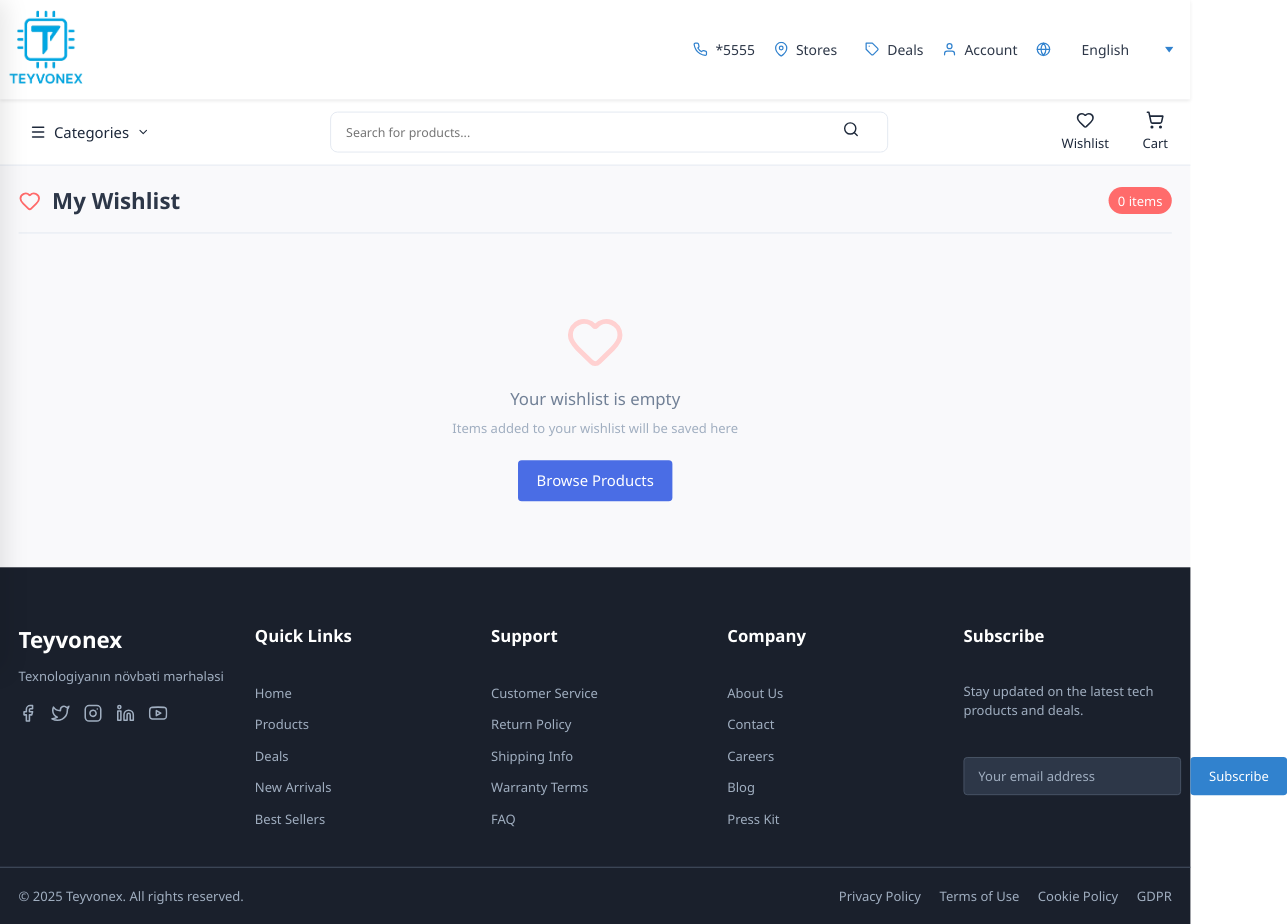
Repository: ferhadsultan98/e-commerce
Page: /wishlist
An editor plug-in stored every save of this project. The page is shown before and after the next save, followed by the edit.
The browser window is 1280 px wide. The page is 1384 px wide, so the pictures cover 1384 px, including what lies to the right of the window. The pictures show the whole page, at 93% of full size.
The project was rebuilt for these pictures with package versions that can differ from the ones it lists, and the page was loaded fresh each time. Also part of the build but not shown: vite.config.js, src/admin/Components/AdminLogin/AdminLogin.scss, src/admin/Components/AdminLogin/AdminLogin.jsx, src/client/Pages/Products/ProductCard.jsx, src/client/Pages/Products/Products.jsx, src/client/Styles/TechSlider.scss, src/client/Pages/TechSlider/TechSlider.jsx, src/client/Styles/ProductFeatures.scss and 35 more.

Above is the page before, as saved 2025-04-26 20:02:35.

After the next save:
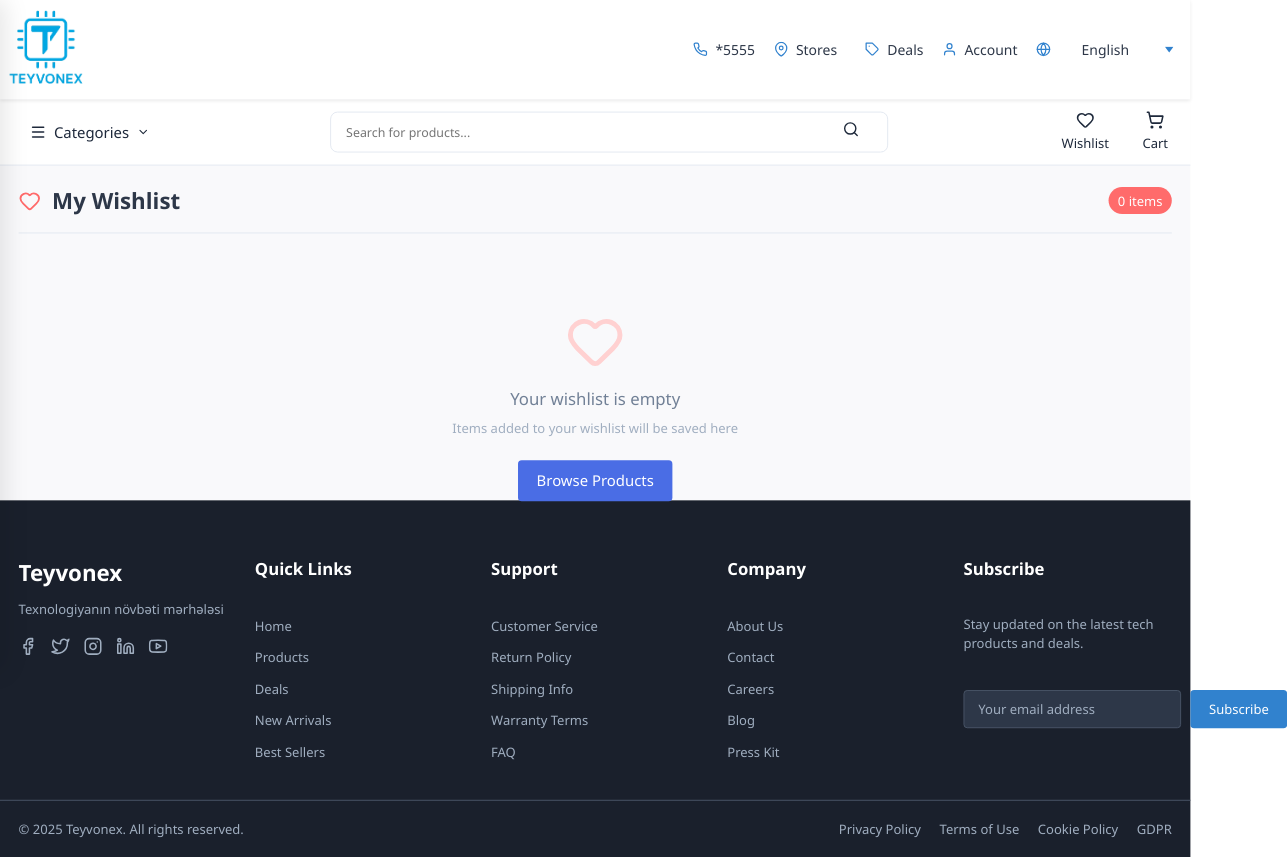
Saved 12 s later.
--- a/src/client/Styles/WishList.scss
+++ b/src/client/Styles/WishList.scss
@@ -15,7 +15,7 @@
   margin: 0 auto;
   max-width: 1420px;
   padding: 20px;
-  height: 60vh;
+  height: 50vh;
   font-family: "Segoe UI", Tahoma, Geneva, Verdana, sans-serif;
   color: $text-color;
 

After the save that followed:
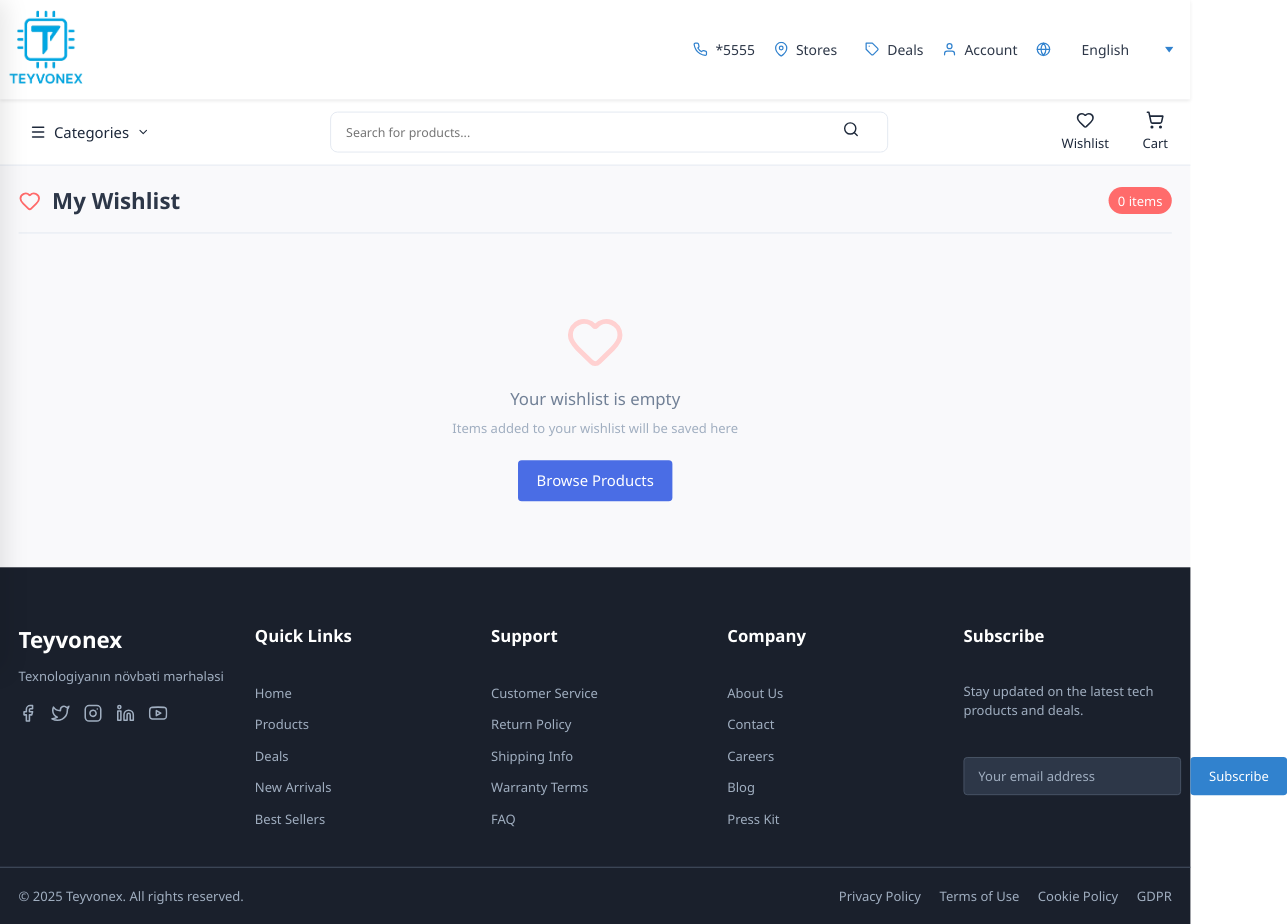
Saved 9 s later.
--- a/src/client/Styles/WishList.scss
+++ b/src/client/Styles/WishList.scss
@@ -15,7 +15,7 @@
   margin: 0 auto;
   max-width: 1420px;
   padding: 20px;
-  height: 50vh;
+  height: 60vh;
   font-family: "Segoe UI", Tahoma, Geneva, Verdana, sans-serif;
   color: $text-color;
 
